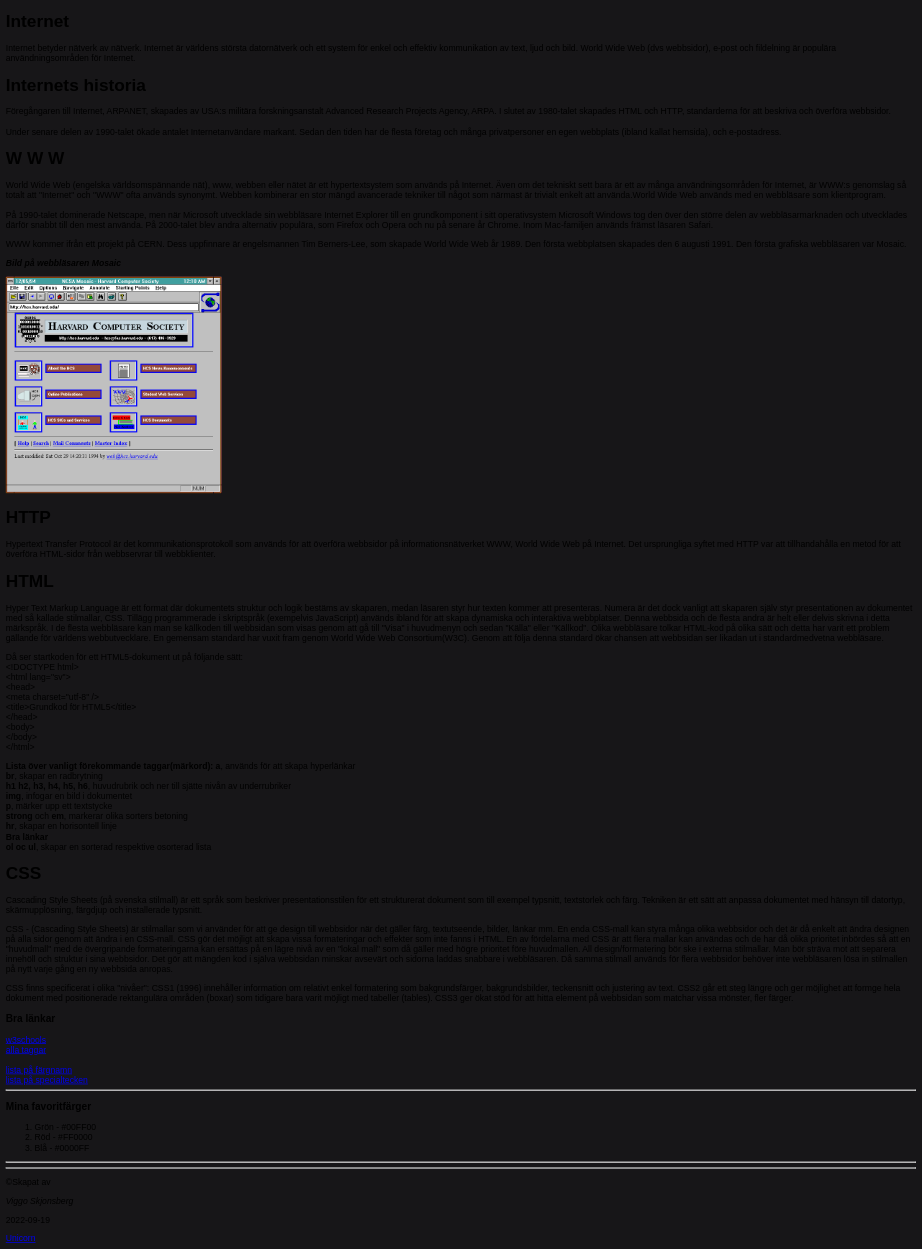
Repository: ViggoSkj/VGY
Page: ovningar/ovning3/ovning3.html
The author's editor kept a copy of each file at every save. The page is drawn from the files as they stood at one save, then again after the next save.
The browser window is 1280 px wide. The pictures show the whole page, at 72% of full size.

Above is the page before, as saved 2022-11-27 11:37:39.

After the next save:
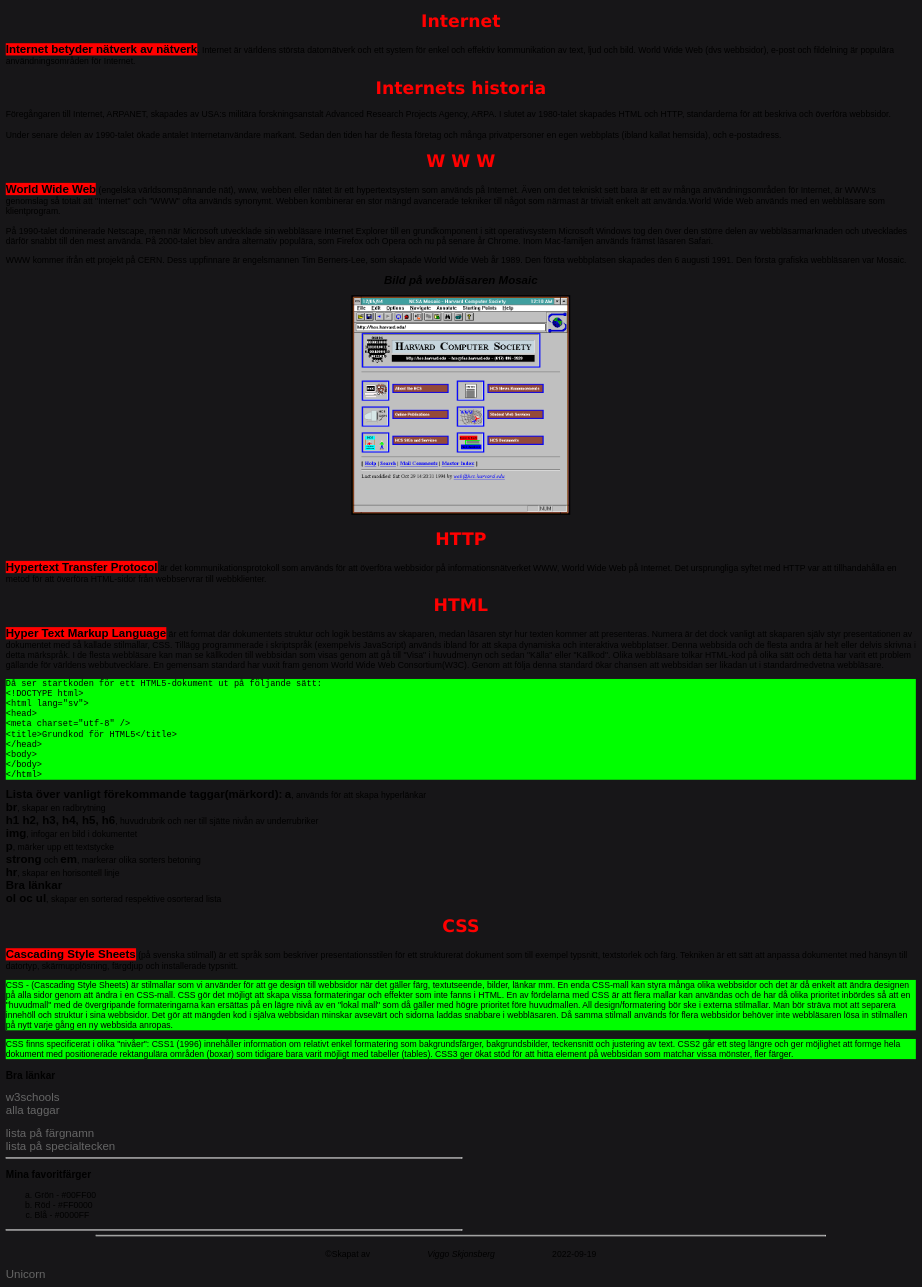
Saved 48 s later.
--- a/ovningar/ovning3/public/css/style.css
+++ b/ovningar/ovning3/public/css/style.css
@@ -5,88 +5,88 @@ body
     font-family: Arial, Helvetica, sans-serif;
 }
 
-body.ovning-3 .container {
+.container {
     background-color: #ffff99;
 }
 
-body.ovning-3 h1
+h1
 {
     font-family: Verdana, Geneva, Tahoma, sans-serif;
     text-align: center;
     color: red;
 }
 
-body.ovning-3 .image-div
+.image-div
 {
     text-align: center;
     align-items: center;
 }
 
-body.ovning-3 img
+img
 {
     border-width: 2px;
     border-style: solid;
     color: black;
 }
 
-body.ovning-3 .bottom
+.bottom
 {
     display: grid;
     grid-template-columns: auto 20%  auto;
 }
 
-body.ovning-3 .s
+.s
 {
     margin-right: 100%;
     width: 50%;
 }
 
-body.ovning-3 .m
+.m
 {
     left: auto;
     width: 80%;
 }
 
-body.ovning-3 .left
+.left
 {
     text-align: left;
 }
-body.ovning-3 .right
+.right
 {
     text-align: right;
 }
-body.ovning-3 .center
+.center
 {
     text-align: center;
 }
-body.ovning-3 ol
+ol
 {
     list-style-type:lower-latin;
 }
-body.ovning-3 .bg-green {
+.bg-green {
     background-color: rgb(0, 255, 0);
 }
 
-body.ovning-3 .spec {
+.spec {
     background-color: red;
     font-size: 16px;
     font-weight: bold;
 }
 
-body.ovning-3 .kod {
+.kod {
     font-family: 'Courier New', Courier, monospace;
 }
 
-body.ovning-3 strong {
+strong {
     font-size: 16px;
 }
 
-body.ovning-3 a {
+a {
     color:#666666;
     font-size:16px;
     text-decoration:none;
     }
 
-body.ovning-3 a:hover {
+a:hover {
     text-decoration:underline overline;
 }
